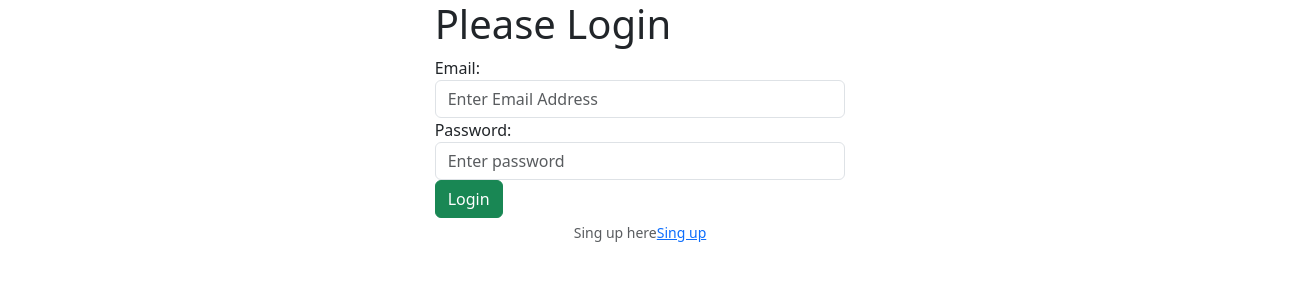
Repository: oksana117/news-app
Page: /login (app in client/)
An editor plug-in stored every save of this project. The page is shown before and after a run of saves, followed by the edit.
The browser window is 1280 px wide. The page is 1292 px wide, so the pictures cover 1292 px, including what lies to the right of the window. The pictures show the whole page.
The project was rebuilt for these pictures with package versions that can differ from the ones it lists, and the page was loaded fresh each time. Also part of the build but not shown: client/vite.config.js, client/src/Register.jsx.

Above is the page before, as saved 2024-09-26 17:24:45.

After the next 2 saves:
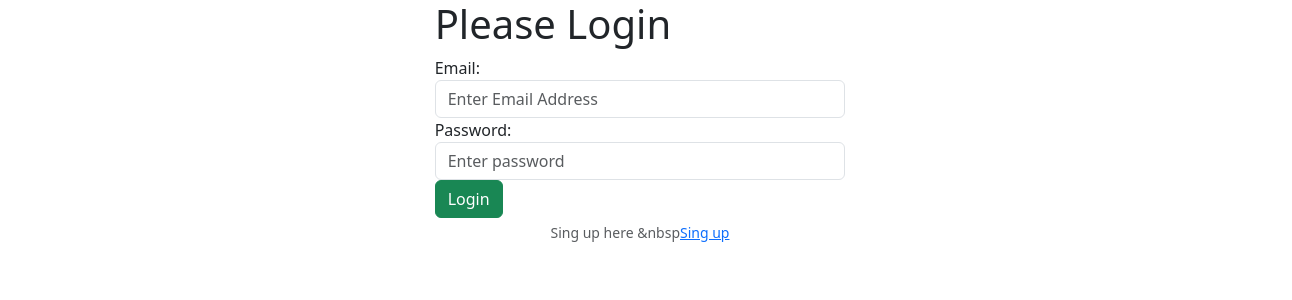
The 2 saves are shown as one change because they came seconds apart.
The last was saved 8 s later.
--- a/client/src/Login.jsx
+++ b/client/src/Login.jsx
@@ -46,7 +46,7 @@
 
                 </fieldset>
                 <p className="text-center text-muted small pt-1">
-                    Sing up here
+                    Sing up here &nbsp
                     <a href="/register">Sing up</a>
                 </p>
 

After the save that followed:
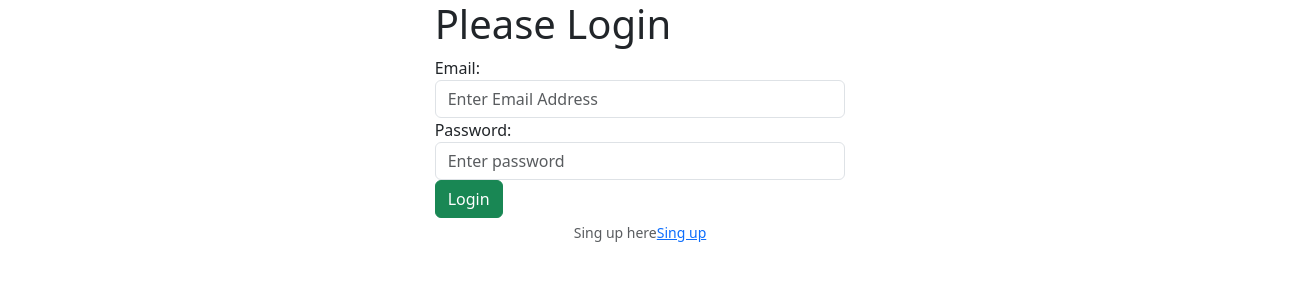
Saved 10 s later.
--- a/client/src/Login.jsx
+++ b/client/src/Login.jsx
@@ -46,7 +46,7 @@
 
                 </fieldset>
                 <p className="text-center text-muted small pt-1">
-                    Sing up here &nbsp
+                    Sing up here
                     <a href="/register">Sing up</a>
                 </p>
 
